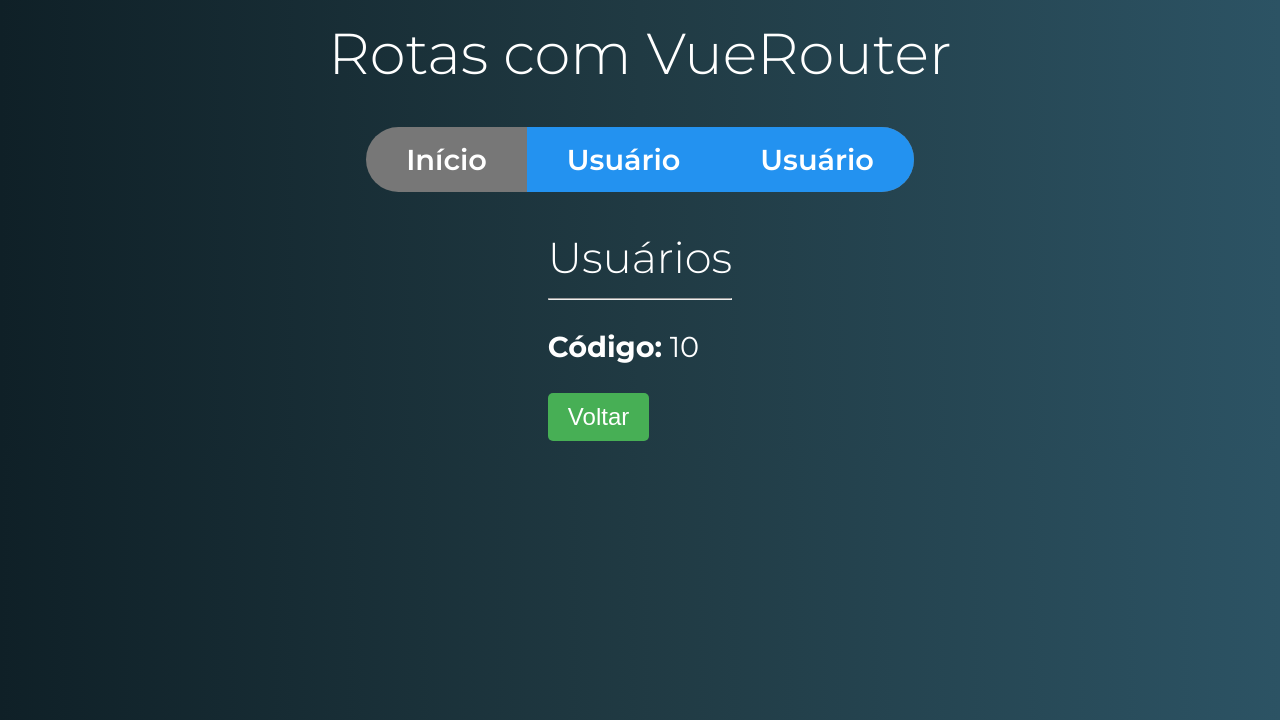
Repository: LucianoBitt/Curso_VueJS
Page: /usuario/10 (app in 14_rotas/rotas-exercicios/)
An editor plug-in stored every save of this project. The page is shown before and after the next save, followed by the edit.
The browser window is 1280 px wide. The pictures show the whole page.
The project was rebuilt for these pictures with package versions that can differ from the ones it lists, and the page was loaded fresh each time. Also part of the build but not shown: 14_rotas/rotas-exercicios/src/components/Inicio.vue.

Above is the page before, as saved 2024-01-30 16:02:19.

### 14_rotas/rotas-exercicios/src/main.js
import '@/style.css'
import Vue from 'vue'
import App from '@/App.vue'
import router from '@/router'

Vue.config.productionTip = false

new Vue({
    router,
    render: h => h(App),
}).$mount('#app')

### 14_rotas/rotas-exercicios/src/App.vue
<template>
	<div id="app">
		<h1>Rotas com VueRouter</h1>
		<Menu />
		<router-view />
	</div>
</template>

<script>
import Menu from '@/components/template/Menu'
export default {
	components: { Menu },
}
</script>

<style>
	#app {
		display: flex;
		flex-direction: column;
		align-items: center;
	}
</style>

### 14_rotas/rotas-exercicios/src/router.js
import Vue from 'vue'
import Router from 'vue-router'
import Inicio from '@/components/Inicio'
import Usuario from '@/components/usuario/Usuario'

Vue.use(Router)

export default new Router({
    mode: 'history' + '',
    routes: [{
        path: '/',
        component: Inicio
    }, {
        path: '/usuario/:id',
        component: Usuario
    }]
})

### 14_rotas/rotas-exercicios/src/components/template/Menu.vue
<template>
	<nav class="menu">
		<ul>
			<router-link to="/" tag="li" active-class="active" exact>
				<a>Início</a></router-link>
			<router-link to="/usuario/10" tag="li" active-class="active">
				<a>Usuário</a></router-link>
			<router-link to="/usuario/10" tag="li" active-class="active">
				<a>Usuário</a></router-link>
		</ul>
	</nav>
</template>

<script>
export default {

}
</script>

<style>

</style>

### 14_rotas/rotas-exercicios/src/components/usuario/Usuario.vue
<template>
	<div class="usuario">
		<h2>Usuários</h2>
		<hr>
		<p><strong>Código:</strong> {{ id }}</p>
		<button sucesso @click="irParaInicio">Voltar</button>
	</div>
</template>

<script>
export default {
	data() {
		return {
			id: this.$route.params.id
		}
	},
	methods: {
		irParaInicio() {
			// this.$router.push('/')
			this.$router.push({ path: '/'})
		}
	}
}
</script>

<style>

</style>

Loaded but not shown: 14_rotas/rotas-exercicios/public/index.html (common file); 14_rotas/rotas-exercicios/src/style.css (common file)

After the next save:
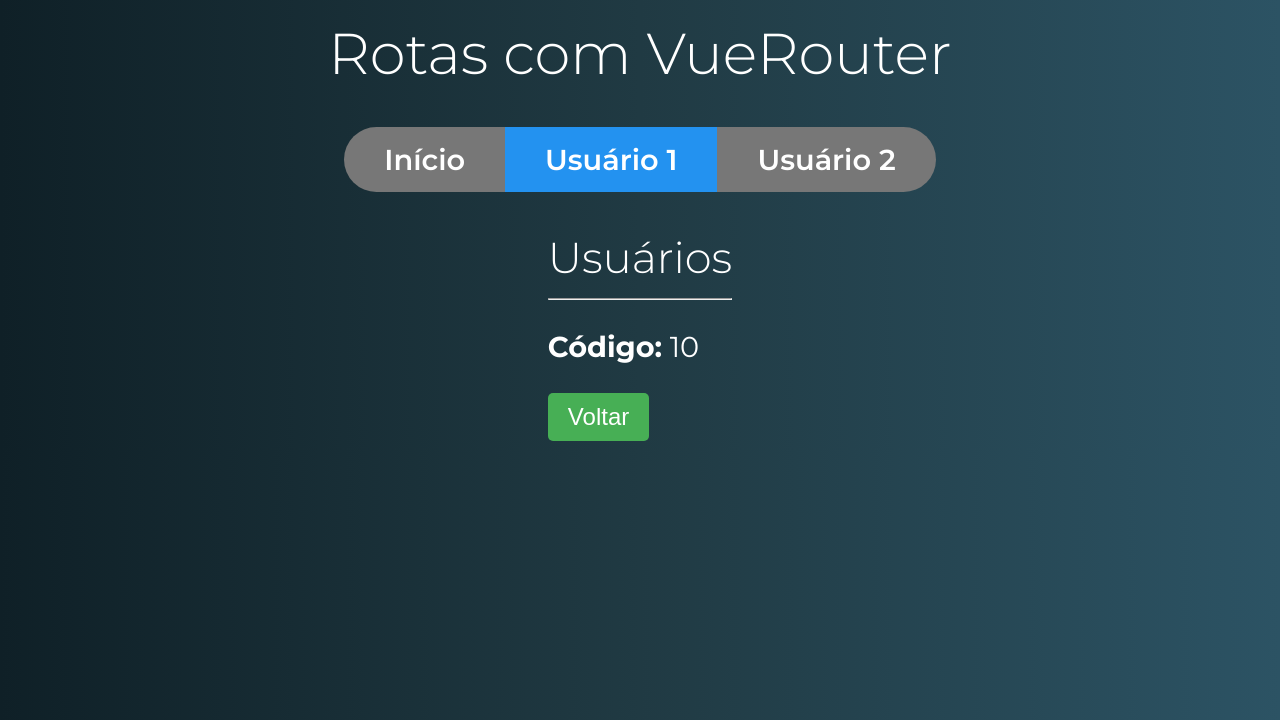
Saved 13 s later.
--- a/14_rotas/rotas-exercicios/src/components/template/Menu.vue
+++ b/14_rotas/rotas-exercicios/src/components/template/Menu.vue
@@ -4,9 +4,9 @@
 			<router-link to="/" tag="li" active-class="active" exact>
 				<a>Início</a></router-link>
 			<router-link to="/usuario/10" tag="li" active-class="active">
-				<a>Usuário</a></router-link>
-			<router-link to="/usuario/10" tag="li" active-class="active">
-				<a>Usuário</a></router-link>
+				<a>Usuário 1</a></router-link>
+			<router-link to="/usuario/02" tag="li" active-class="active">
+				<a>Usuário 2</a></router-link>
 		</ul>
 	</nav>
 </template>
